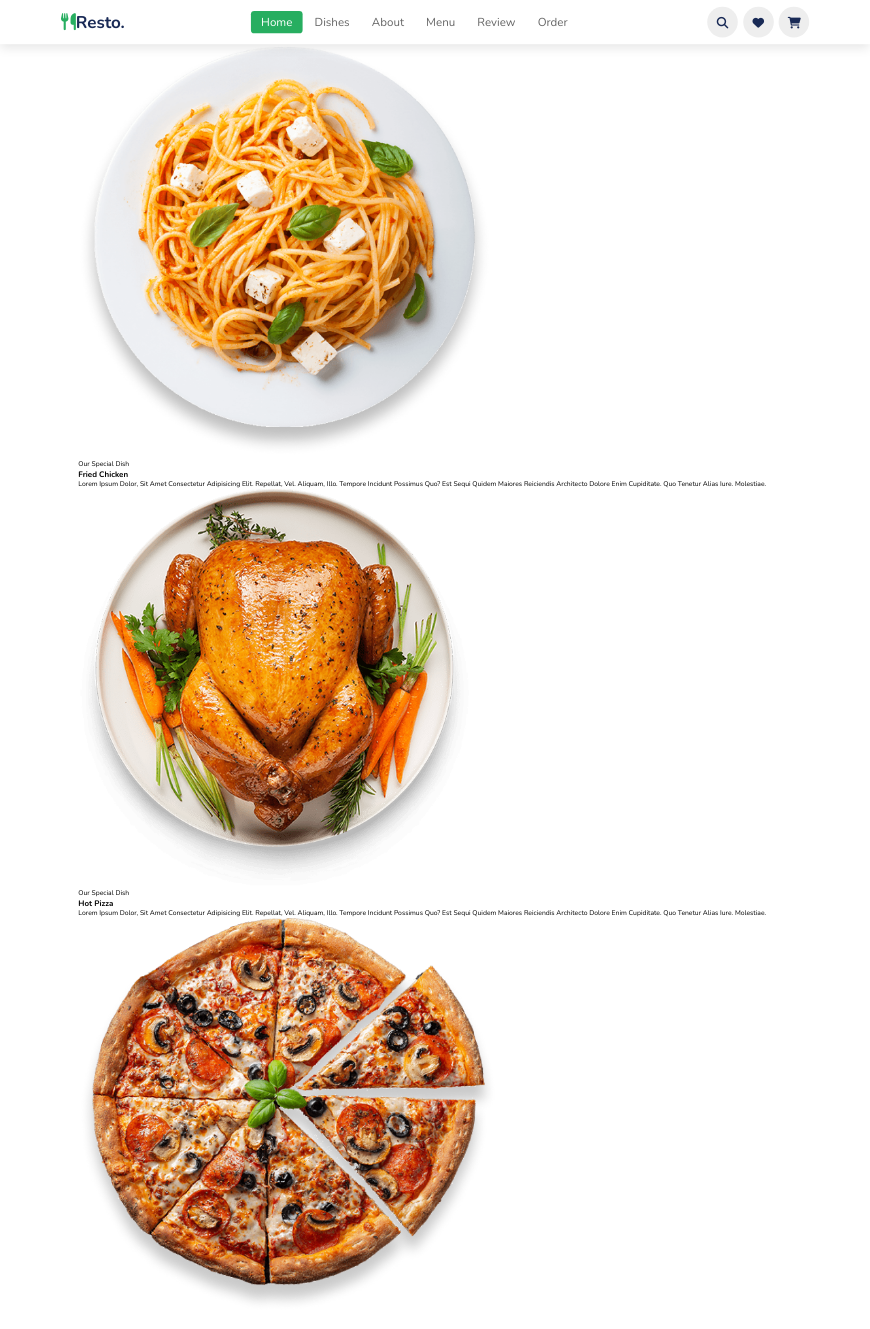
Repository: CarsonDev1/FoodWeb
Page: index.html
These files come from the project's save history. The page is drawn as it stood at one moment and after the next save; the edit follows.
The browser window is 1280 px wide. The pictures show the whole page, at 68% of full size.
Some web libraries are served in a nearby version.

Above is the page before, as saved 2022-05-18 19:28:17.

### index.html
<!DOCTYPE html>
<html lang="en">
  <head>
    <meta charset="UTF-8" />
    <meta http-equiv="X-UA-Compatible" content="IE=edge" />
    <meta name="viewport" content="width=device-width, initial-scale=1.0" />
    <title>Document</title>
    <!-- CSS link -->
    <link rel="stylesheet" href="./css/style.css" />
    <!-- Google font -->
    <link rel="preconnect" href="https://fonts.googleapis.com" />
    <link rel="preconnect" href="https://fonts.gstatic.com" crossorigin />
    <link
      href="https://fonts.googleapis.com/css2?family=DM+Sans:wght@700&family=Manrope:wght@400;700;800&family=Nunito:wght@200;300;400;600;700&display=swap"
      rel="stylesheet"
    />
    <!-- font awesome cdn link -->
    <link
      rel="stylesheet"
      href="https://cdnjs.cloudflare.com/ajax/libs/font-awesome/6.1.1/css/all.min.css"
    />
  </head>
  <body>
    <!-- Header section start -->
    <header>
      <a href="#" class="logo"><i class="fas fa-utensils"></i>resto.</a>
      <nav class="navbar">
        <a class="active" href="#home">home</a>
        <a href="#dishes">dishes</a>
        <a href="#about">about</a>
        <a href="#menu">menu</a>
        <a href="#review">review</a>
        <a href="#order">order</a>
      </nav>
      <div class="icons">
        <i class="fas fa-bars" id="menu-bars"></i>
        <i class="fas fa-search" id="search-icon"></i>
        <a href="#" class="fas fa-heart"></a>
        <a href="#" class="fas fa-shopping-cart"></a>
      </div>
    </header>
    <!-- Header section end -->
    <!-- Search form -->
    <form action="" id="search-form">
      <input
        type="search"
        placeholder="search here..."
        name=""
        id="search-box"
      />
      <label for="search-box" class="fas fa-search"></label>
      <i class="fas fa-times" id="close"></i>
    </form>
    <!-- home section start -->
    <section class="home" id="home">
      <div class="home-slider">
        <div class="wrapper">
          <div class="slide">
            <div class="content">
              <span>our special dish</span>
              <h3>spicy noodles</h3>
              <p>
                Lorem ipsum dolor, sit amet consectetur adipisicing elit.
                Repellat, vel. Aliquam, illo. Tempore incidunt possimus quo? Est
                sequi quidem maiores reiciendis architecto dolore enim
                cupiditate. Quo tenetur alias iure. Molestiae.
              </p>
              <a href="#" class="btn"></a>
            </div>
            <div class="image">
              <img src="images/home-img-1.png" alt="" />
            </div>
          </div>
          <div class="slide">
            <div class="content">
              <span>our special dish</span>
              <h3>fried chicken</h3>
              <p>
                Lorem ipsum dolor, sit amet consectetur adipisicing elit.
                Repellat, vel. Aliquam, illo. Tempore incidunt possimus quo? Est
                sequi quidem maiores reiciendis architecto dolore enim
                cupiditate. Quo tenetur alias iure. Molestiae.
              </p>
              <a href="#" class="btn"></a>
            </div>
            <div class="image">
              <img src="images/home-img-2.png" alt="" />
            </div>
          </div>
          <div class="slide">
            <div class="content">
              <span>our special dish</span>
              <h3>hot pizza</h3>
              <p>
                Lorem ipsum dolor, sit amet consectetur adipisicing elit.
                Repellat, vel. Aliquam, illo. Tempore incidunt possimus quo? Est
                sequi quidem maiores reiciendis architecto dolore enim
                cupiditate. Quo tenetur alias iure. Molestiae.
              </p>
              <a href="#" class="btn"></a>
            </div>
            <div class="image">
              <img src="images/home-img-3.png" alt="" />
            </div>
          </div>
        </div>
      </div>
    </section>
    <!-- home section end -->
    <!-- JS file link -->
    <script src="./js/app.js"></script>
  </body>
</html>

### css/style.css
:root {
  --green: #27ae60;
  --black: #192a56;
  --light-color: #666;
  --box-shadow: 0 0.5rem 1.5rem rgba(0, 0, 0, 0.1);
}
* {
  font-family: "Nunito", sans-serif;
  margin: 0;
  padding: 0;
  box-sizing: border-box;
  text-decoration: none;
  outline: none;
  border: none;
  text-transform: capitalize;
  transition: all 0.2s linear;
}
html {
  font-size: 62.5%;
  overflow-x: hidden;
  scroll-padding-top: 5.5rem;
  scroll-behavior: smooth;
}
section {
  padding: 2rem 9%;
}
header {
  position: fixed;
  top: 0;
  left: 0;
  right: 0;
  background: #fff;
  padding: 1rem 7%;
  display: flex;
  align-items: center;
  justify-content: space-between;
  z-index: 1000;
  box-shadow: var(--box-shadow);
}
header .logo {
  color: var(--black);
  font-size: 2.5rem;
  font-weight: bolder;
}
header .logo i {
  color: var(--green);
}
header .navbar a {
  font-size: 1.7rem;
  border-radius: 0.5rem;
  padding: 0.5rem 1.5rem;
  color: var(--light-color);
}
header .navbar a.active,
header .navbar a:hover {
  background: var(--green);
  color: #fff;
}
header .icons i,
header .icons a {
  cursor: pointer;
  margin-left: 0.5rem;
  height: 4.5rem;
  line-height: 4.5rem;
  width: 4.5rem;
  text-align: center;
  font-size: 1.7rem;
  color: var(--black);
  border-radius: 50%;
  background: #eee;
}
header .icons i:hover,
header .icons a:hover {
  color: #fff;
  background: var(--green);
  transform: rotate(360deg);
}
header .icons #menu-bars {
  display: none;
}
#search-form {
  position: fixed;
  top: -110%;
  left: 0;
  height: 100%;
  width: 100%;
  z-index: 1004;
  background: rgba(0, 0, 0, 0.8);
  display: flex;
  align-items: center;
  justify-content: center;
  padding: 0 1rem;
}
#search-form.active {
  top: 0;
}
#search-form #search-box {
  width: 50rem;
  border-bottom: 1px solid #fff;
  padding: 1rem 0;
  color: #fff;
  font-size: 3rem;
  text-transform: none;
  background: none;
}
#search-form #search-box::placeholder {
  color: #eee;
}
#search-form #search-box::-webkit-search-cancel-button {
  -webkit-appearance: none;
}
#search-form label {
  color: #fff;
  cursor: pointer;
  font-size: 3rem;
}
#search-form label:hover {
  color: var(--green);
}
#search-form #close {
  position: absolute;
  color: #fff;
  cursor: pointer;
  top: 2rem;
  right: 3rem;
  font-size: 5rem;
}
.home .home-slider {
}
/* media queries */
@media (max-width: 991px) {
  html {
    font-size: 55%;
  }
  header {
    padding: 1rem 2rem;
  }
}
@media (max-width: 768px) {
  header .icons #menu-bars {
    display: inline-block;
  }
  header .navbar {
    position: absolute;
    top: 100%;
    left: 0;
    right: 0;
    background: #fff;
    border-top: 0.1rem solid rgba(0, 0, 0, 0.2);
    padding: 1rem;
    clip-path: polygon(0 0, 100% 0, 100% 0, 0 0);
  }
  header .navbar.active {
    clip-path: polygon(0 0, 100% 0, 100% 100%, 0 100%);
  }
  header .navbar a {
    display: block;
    font-size: 2.5rem;
    padding: 1.5rem;
    margin: 1rem;
    background: #eee;
  }
  #search-form #search-box {
    width: 90%;
    margin: 0 1rem;
  }
}
@media (max-width: 991px) {
  html {
    font-size: 50%;
  }
}

### js/app.js
let menu = document.querySelector("#menu-bars");
let navbar = document.querySelector(".navbar");

menu.onclick = () => {
  menu.classList.toggle("fa-times");
  navbar.classList.toggle("active");
};
menu.onscroll = () => {
  menu.classList.remove("fa-times");
  navbar.classList.remove("active");
};
document.querySelector("#search-icon").onclick = () => {
  document.querySelector("#search-form").classList.toggle("active");
};
document.querySelector("#close").onclick = () => {
  document.querySelector("#search-form").classList.remove("active");
};

After the next save:
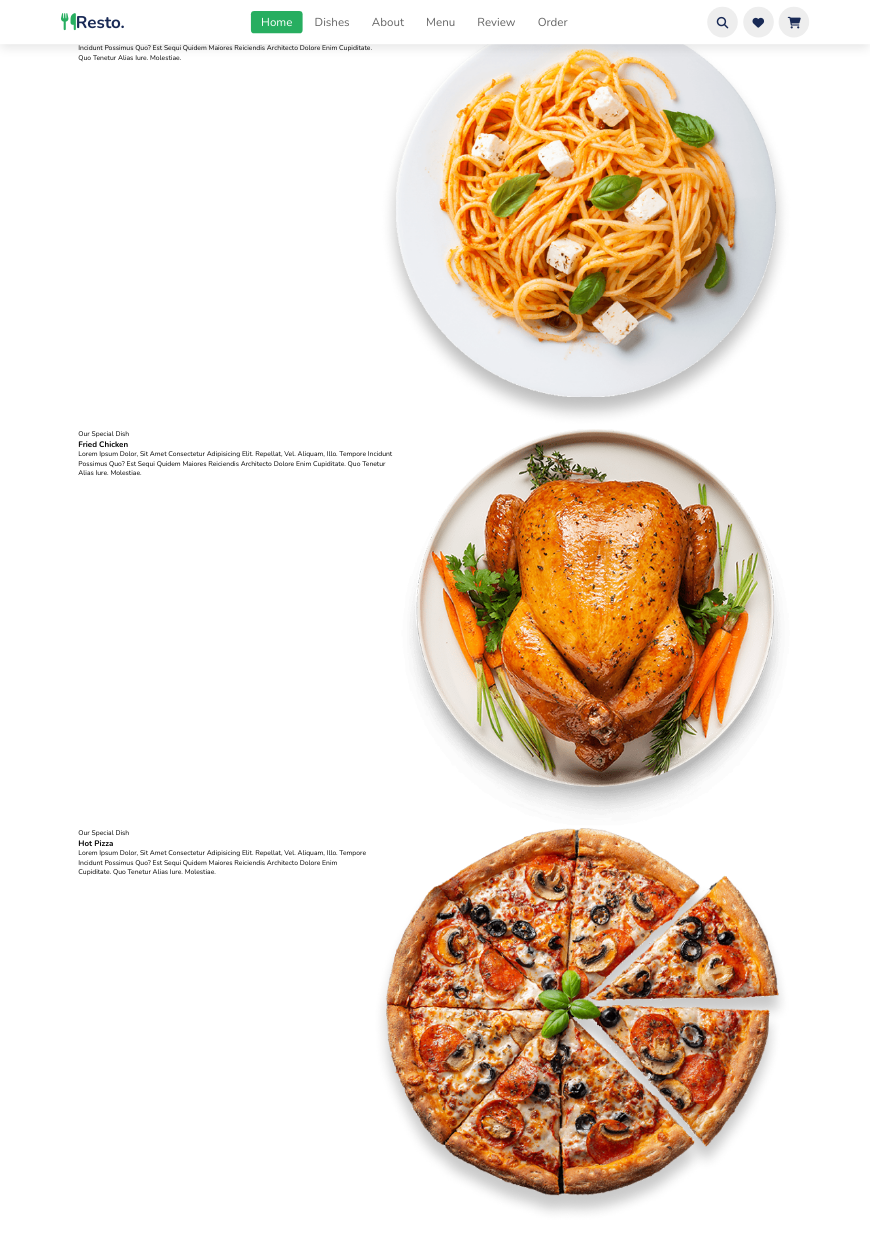
Saved 36 s later.
--- a/css/style.css
+++ b/css/style.css
@@ -125,7 +125,8 @@
   right: 3rem;
   font-size: 5rem;
 }
-.home .home-slider {
+.home .home-slider .slide {
+  display: flex;
 }
 /* media queries */
 @media (max-width: 991px) {

After the save that followed:
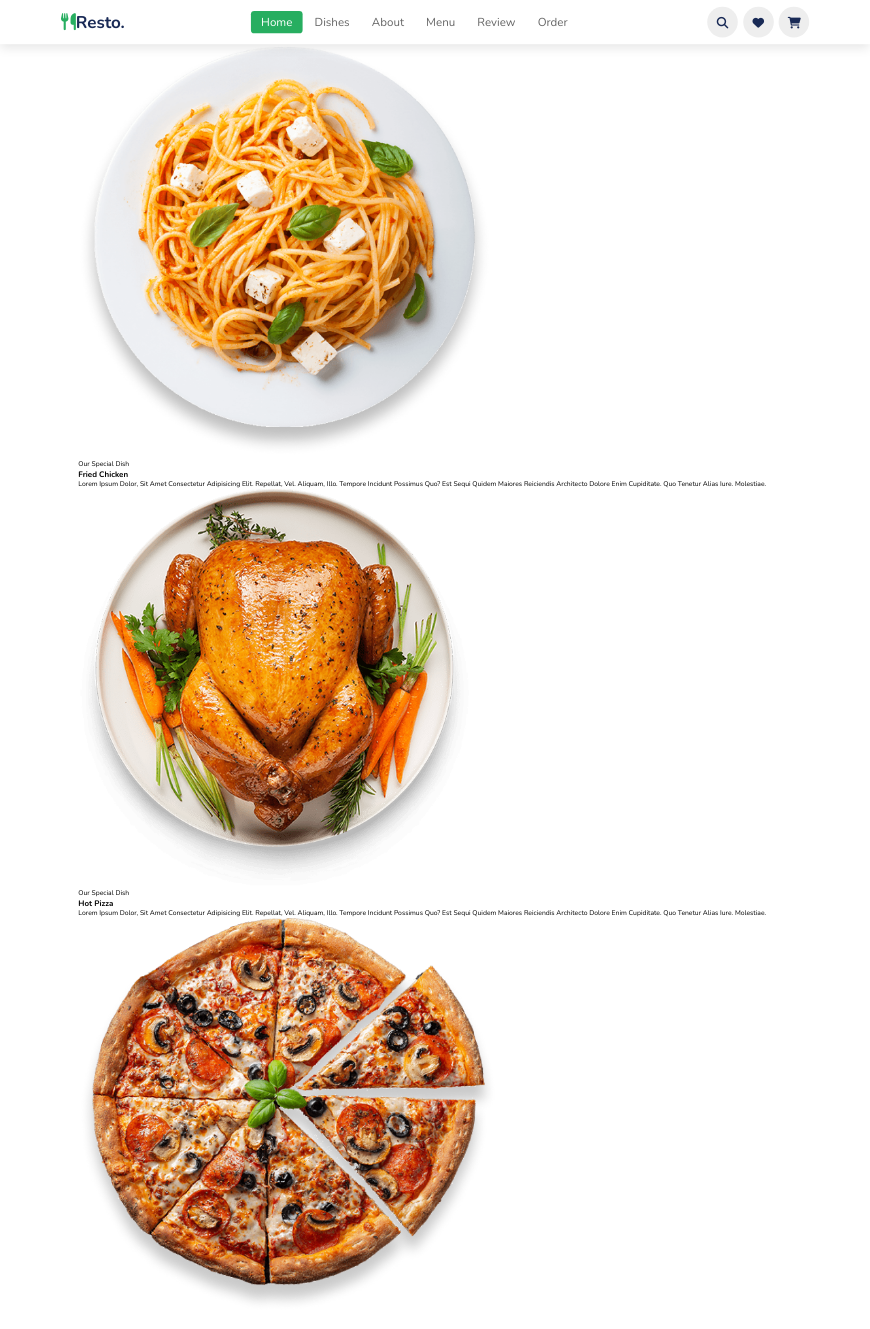
Saved 10 s later.
--- a/css/style.css
+++ b/css/style.css
@@ -127,6 +127,8 @@
 }
 .home .home-slider .slide {
   display: flex;
+  align-items: center;
+  flex-wrap: wrap;
 }
 /* media queries */
 @media (max-width: 991px) {
